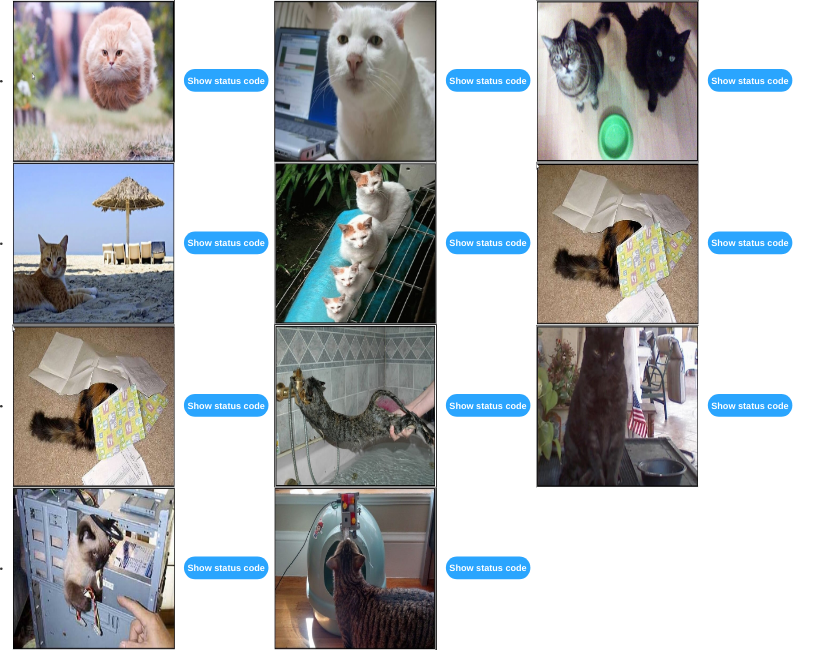
Repository: Lithium87/JavaScriptExcercises
Page: 02. HTTP Status Cats/cats.html
An editor plug-in stored every save of this project. The page is shown before and after the next save, followed by the edit.
The browser window is 1280 px wide. The pictures show the whole page, at 65% of full size.

Above is the page before, as saved 2019-10-04 23:37:55.

### 02. HTTP Status Cats/cats.html
<!DOCTYPE html>
<html lang="en">

<head>
    <meta charset="UTF-8">
    <title>Http Status Cats</title>
    <link rel="stylesheet" href="style.css">
    <script src="../handlebars.min.js"></script>
    <link rel="stylesheet" href="https://maxcdn.bootstrapcdn.com/bootstrap/3.3.7/css/bootstrap.min.css" integrity="sha384-BVYiiSIFeK1dGmJRAkycuHAHRg32OmUcww7on3RYdg4Va+PmSTsz/K68vbdEjh4u" crossorigin="anonymous">
    <script src="catSeeder.js"></script>
</head>

<body>
    <section id="allCats">

    </section>
    <script type="text/x-handlebars-template" id="cat-template">
        {{#each cats}}
        <li>
            <img src="images/{{imageLocation}}.jpg" width="250" height="250" alt="Card image cap">
            <div class="info">
                <button class="showBtn">Show status code</button>
                <div class="status" style="display: none" id="{{id}}">
                    <h4>Status Code: {{statusCode}}</h4>
                    <p>{{statusMessage}}</p>
                </div>
            </div>
        </li>
        {{/each}}
    </script>
    <script src="template.js"></script>
</body>

</html>

### 02. HTTP Status Cats/style.css
* {
    margin: 0;
    padding: 0;
}

ul li {
    display: inline-block;
    padding: 3rem;
    margin-bottom: 1.5rem;
    margin-left: 3.5rem;
    margin-top: 3rem;
    box-shadow: 0 10px 20px rgba(0, 0, 0, 0.19), 0 6px 6px rgba(0, 0, 0, 0.23);
}

.info {
    display: inline-block;
}

.showBtn {
    position: relative;
    left: 1rem;
    border: none;
    background-color: #2AA5FE;
    width: 13rem;
    height: 3.5rem;
    color: #fff;
    border-radius: 17px;
    font-weight: 600;
    outline: none;
}

.status {
    position: relative;
    top: 1rem;
    text-align: center;
    left: 1rem;
    font-weight: 600;
}

.status p {
    padding: 1rem;
}

#allCats {
    display: flex;
    flex-wrap: wrap;
}

### 02. HTTP Status Cats/catSeeder.js
(function () {
    class Cat {
        constructor(id, statusCode, statusMessage, imageLocation) {
            this.id = id;
            this.statusCode = statusCode;
            this.statusMessage = statusMessage;
            this.imageLocation = imageLocation;
        }
    }

    let cats = [
        new Cat('100', 100, 'Continue', 'cat100'),
        new Cat('200', 200, 'Ok', 'cat200'),
        new Cat('204', 204, 'No content', 'cat204'),
        new Cat('301', 301, 'Moved permanently', 'cat301'),
        new Cat('304', 304, 'Not modified', 'cat304'),
        new Cat('400', 400, 'Bad request', 'cat400'),
        new Cat('404', 404, 'Not Found', 'cat404'),
        new Cat('406', 406, 'Not Acceptable', 'cat406'),
        new Cat('410', 410, 'Gone', 'cat410'),
        new Cat('500', 500, 'Internal Server Error', 'cat500'),
        new Cat('511', 500, 'Network Authentication Required', 'cat511')
    ];

    window.cats = cats;
})()

### 02. HTTP Status Cats/template.js
(() => {
    renderCatTemplate();

    function renderCatTemplate() {
        let template = document.getElementById('cat-template').innerHTML;
        let compiled = Handlebars.compile(template);

        let rendered = compiled({
            cats: window.cats
        });

        document.getElementById('allCats').innerHTML = rendered;

        let section = document.getElementById('allCats');
        section.addEventListener('click', showMoreInfo);

        function showMoreInfo(ev) {
            if (ev.target.className === 'showBtn') {
                if (ev.target.textContent === 'Hide status code') {
                    ev.target.textContent = 'Show status code';
                    ev.target.nextElementSibling.style.display = 'none';
                } else {
                    ev.target.textContent = 'Hide status code';
                    ev.target.nextElementSibling.style.display = 'block';
                }
            }
        }
    }

})();

Loaded but not shown: handlebars.min.js (library)

After the next save:
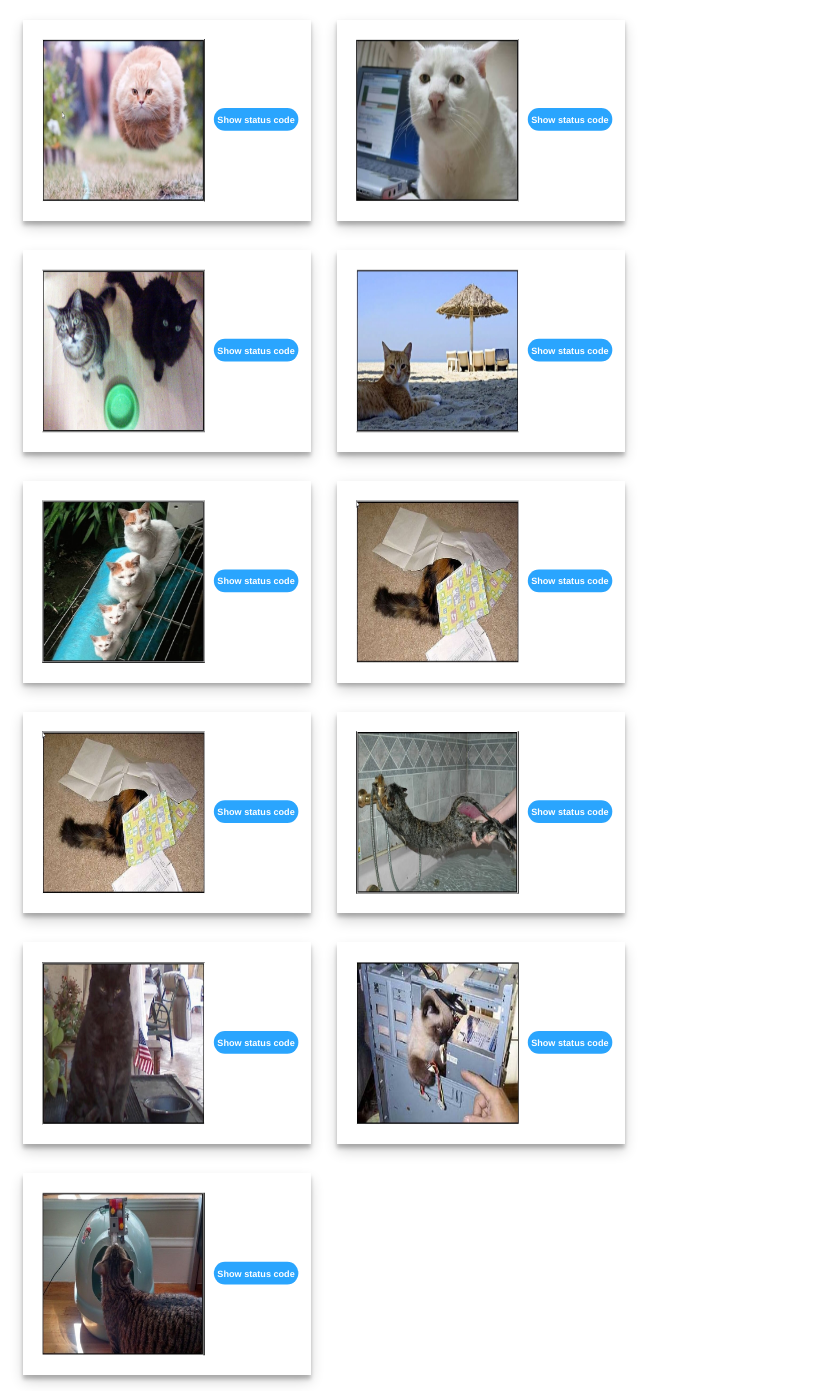
Saved 4 min 45 s later.
--- a/02. HTTP Status Cats/cats.html
+++ b/02. HTTP Status Cats/cats.html
@@ -15,18 +15,20 @@
 
     </section>
     <script type="text/x-handlebars-template" id="cat-template">
-        {{#each cats}}
-        <li>
-            <img src="images/{{imageLocation}}.jpg" width="250" height="250" alt="Card image cap">
-            <div class="info">
-                <button class="showBtn">Show status code</button>
-                <div class="status" style="display: none" id="{{id}}">
-                    <h4>Status Code: {{statusCode}}</h4>
-                    <p>{{statusMessage}}</p>
+        <ul>
+            {{#each cats}}
+            <li>
+                <img src="images/{{imageLocation}}.jpg" width="250" height="250" alt="Card image cap">
+                <div class="info">
+                    <button class="showBtn">Show status code</button>
+                    <div class="status" style="display: none" id="{{id}}">
+                        <h4>Status Code: {{statusCode}}</h4>
+                        <p>{{statusMessage}}</p>
+                    </div>
                 </div>
-            </div>
-        </li>
-        {{/each}}
+            </li>
+            {{/each}}
+        </ul>
     </script>
     <script src="template.js"></script>
 </body>
